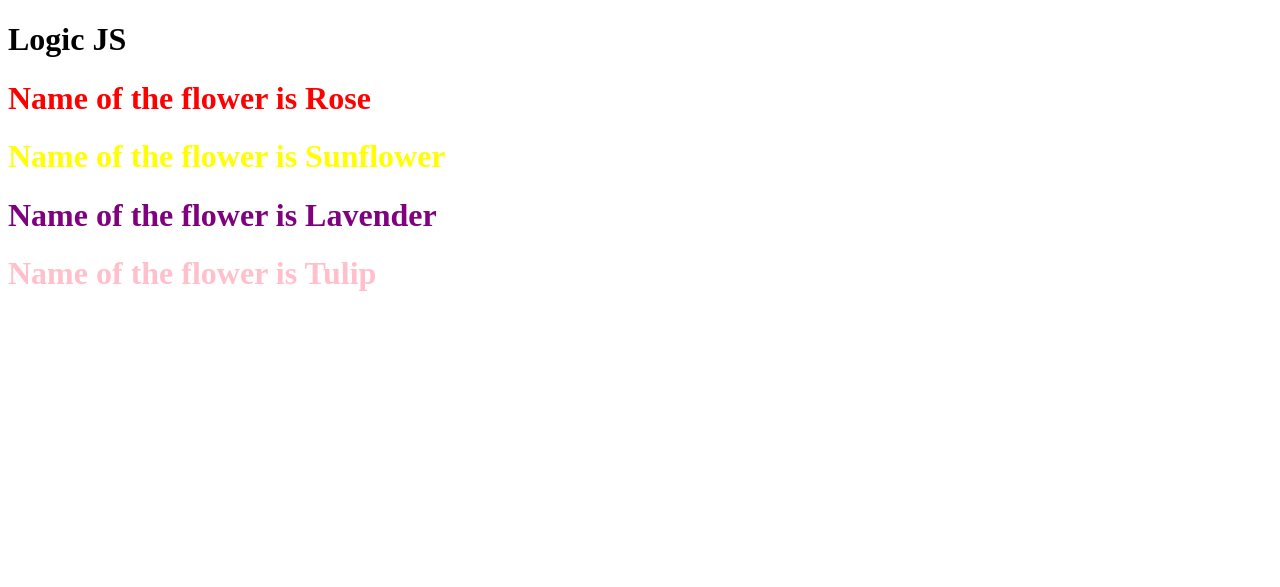
Repository: SharonSebastian32/food-search-filter-
Page: index.html
An editor plug-in stored every save of this project. The page is shown before and after a run of saves, followed by the edit.
The browser window is 1280 px wide. The pictures show the whole page.

Above is the page before, as saved 2024-10-11 10:21:35.

### index.html
<!DOCTYPE html>
<html lang="en">
  <head>
    <meta charset="UTF-8" />
    <meta name="viewport" content="width=device-width, initial-scale=1.0" />
    <title>Document</title>
  </head>
  <body>
    <h1>Logic JS</h1>

     <div id="flowerDiv"></div>

    <script src="./index.js"></script>
  </body>
</html>

### index.js
var flowers = [
  { name: "Rose", color: "Red", type: "Perennial", price: 5.99 },
  { name: "Sunflower", color: "Yellow", type: "Annual", price: 3.99 },
  { name: "Lavender", color: "Purple", type: "Perennial", price: 4.5 },
  { name: "Tulip", color: "Pink", type: "Perennial", price: 2.99 },
  { name: "Daisy", color: "White", type: "Perennial", price: 3.5 },
];

const flowerContainer = document.getElementById("flowerDiv");
let clutter = "";

flowers.forEach(function (flv) {
  clutter += `<h1 style="color:${flv.color}">Name of the flower is ${flv.name}</h1>
  <p></p>
  `;
});

flowerContainer.innerHTML = clutter;

After the next 3 saves:
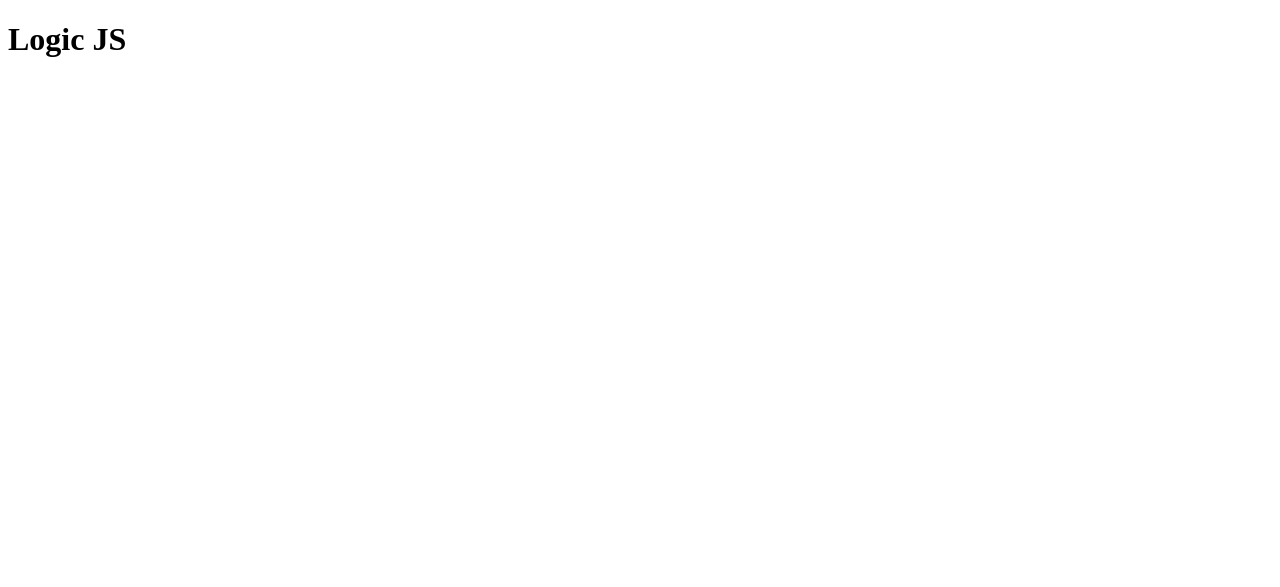
Console error: SyntaxError: Unexpected token '}'
The 3 saves are shown as one change because they came seconds apart.
The last was saved 10 s later.
--- a/index.js
+++ b/index.js
@@ -11,7 +11,7 @@
 
 flowers.forEach(function (flv) {
   clutter += `<h1 style="color:${flv.color}">Name of the flower is ${flv.name}</h1>
-  <p></p>
+  <p>price is ${}</p>
   `;
 });
 

After the 2 saves that followed:
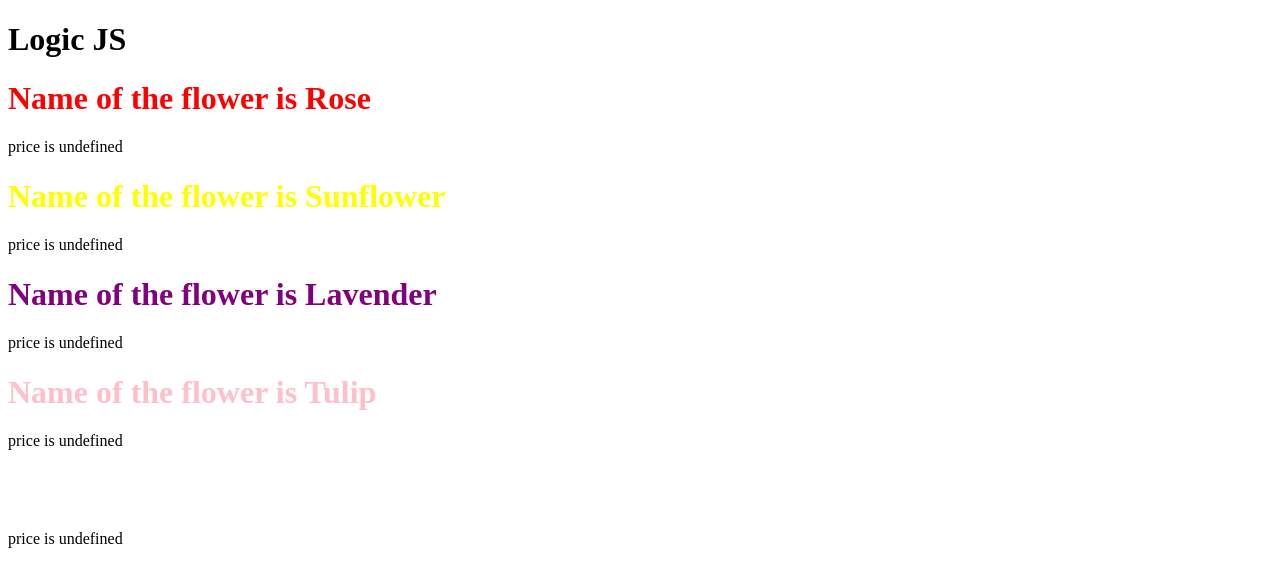
The error is gone.
The 2 saves are shown as one change because 1 left the picture as it was.
The last was saved 12 s later.
--- a/index.js
+++ b/index.js
@@ -11,7 +11,7 @@
 
 flowers.forEach(function (flv) {
   clutter += `<h1 style="color:${flv.color}">Name of the flower is ${flv.name}</h1>
-  <p>price is ${}</p>
+  <p>price is ${flowers.price}</p>
   `;
 });
 
